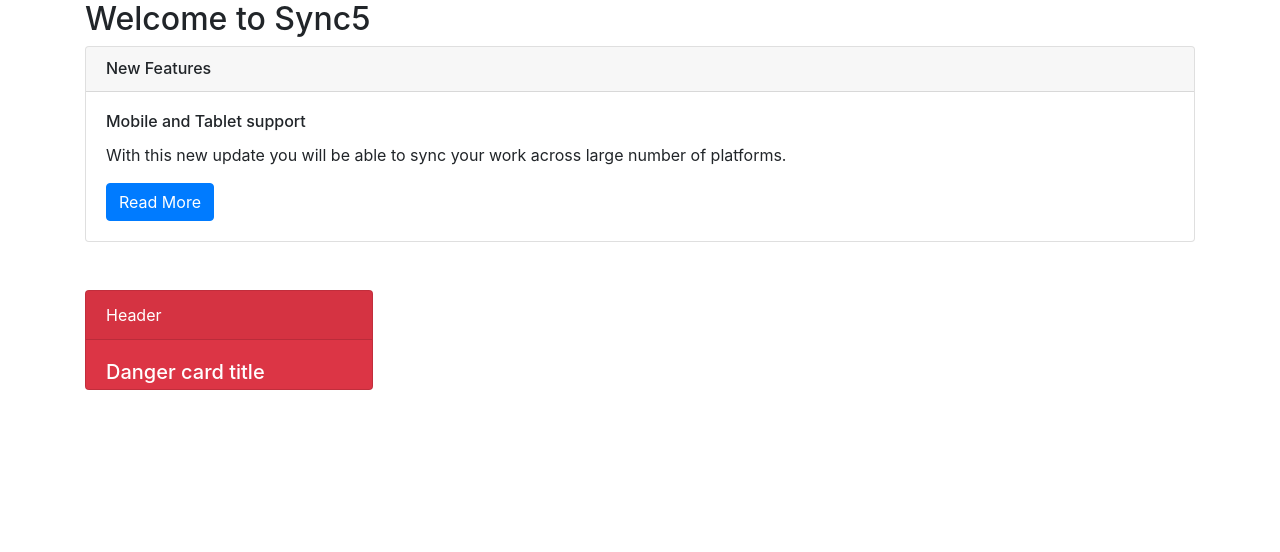
Repository: acciojob/bootstrap-card-vandanayadav15
Page: main.html
An editor plug-in stored every save of this project. The page is shown before and after a run of saves, followed by the edit.
The browser window is 1280 px wide. The pictures show the whole page.

Above is the page before, as saved 2022-10-28 23:31:17.

### main.html
<!DOCTYPE html>
<html lang="en">

<head>
	<title>Welcome to Sync5</title>
	<meta charset="utf-8">
	<meta name="viewport" content="width=device-width, initial-scale=1">
	<link rel="stylesheet" href="https://cdn.jsdelivr.net/npm/bootstrap@4.6.1/dist/css/bootstrap.min.css">
	<script src="https://cdn.jsdelivr.net/npm/jquery@3.6.0/dist/jquery.slim.min.js"></script>
	<script src="https://cdn.jsdelivr.net/npm/popper.js@1.16.1/dist/umd/popper.min.js"></script>
	<script src="https://cdn.jsdelivr.net/npm/bootstrap@4.6.1/dist/js/bootstrap.bundle.min.js"></script>
</head>

<body>

	<div class="container">
		<h2>Welcome to Sync5</h2>
		<div class="card">
			<h6 class="card-header">New Features</h6>
			<div class="card-body">
				<h6 class="card-title">Mobile and Tablet support</h6>
				<p class="card-text">With this new update you will be able to sync your work across large number of platforms.</p>
				<a href="#" class="btn btn-primary">Read More</a>
			</div>
		</div><br><br>
		<div class="card text-white bg-danger mb-3" style="max-width: 18rem; max-height:100px;">
			<div class="card-header">Header</div>
			<div class="card-body">
				<h5 class="card-title">Danger card title</h5>
				<p class="card-text">Some quick example text to build on the card title and make up the bulk of the card's
					content.</p>
			</div>
		</div>
	</div>

</body>

</html>

After the next 2 saves:
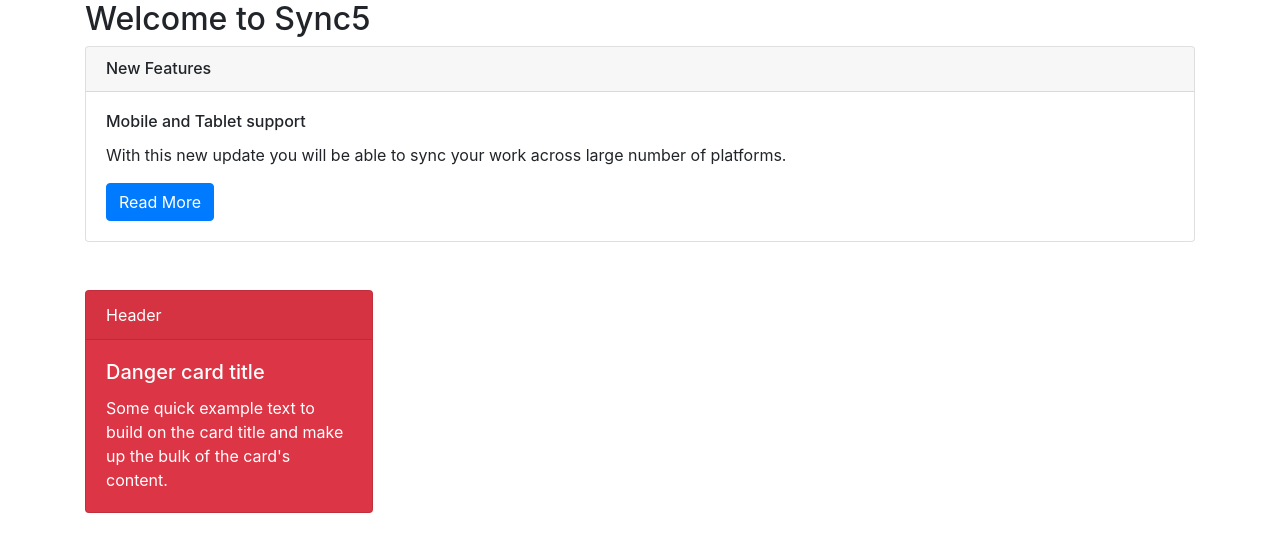
The 2 saves are shown as one change because they came seconds apart.
The last was saved 15 s later.
--- a/main.html
+++ b/main.html
@@ -23,7 +23,7 @@
 				<a href="#" class="btn btn-primary">Read More</a>
 			</div>
 		</div><br><br>
-		<div class="card text-white bg-danger mb-3" style="max-width: 18rem; max-height:100px;">
+		<div class="card text-white bg-danger mb-3" style="max-width: 18rem; max-height:600px;">
 			<div class="card-header">Header</div>
 			<div class="card-body">
 				<h5 class="card-title">Danger card title</h5>
